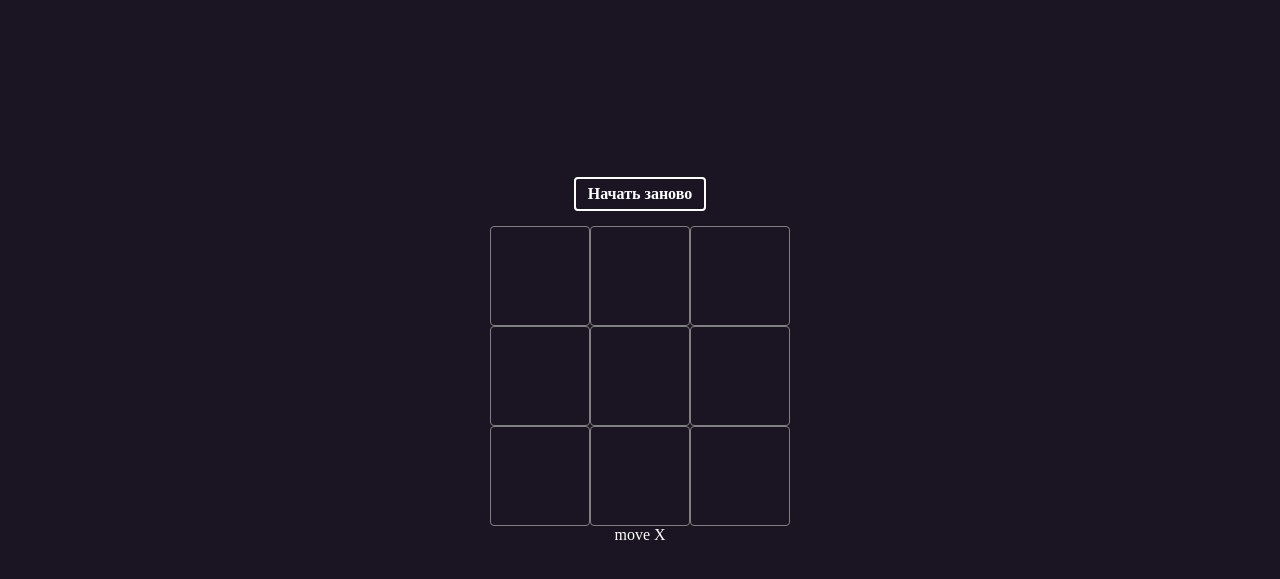
Repository: Minkeani/TIC-TAC_TOE
Page: /
These files come from the project's save history. The page is drawn as it stood at one moment and after the next save; the edit follows.
The browser window is 1280 px wide. The pictures show the whole page.
Some web fonts or font styles are not loaded; a fallback is used. The project was rebuilt for these pictures with package versions that can differ from the ones it lists, and the page was loaded fresh each time.

Above is the page before, as saved 2022-05-22 16:55:03.

After the next save:
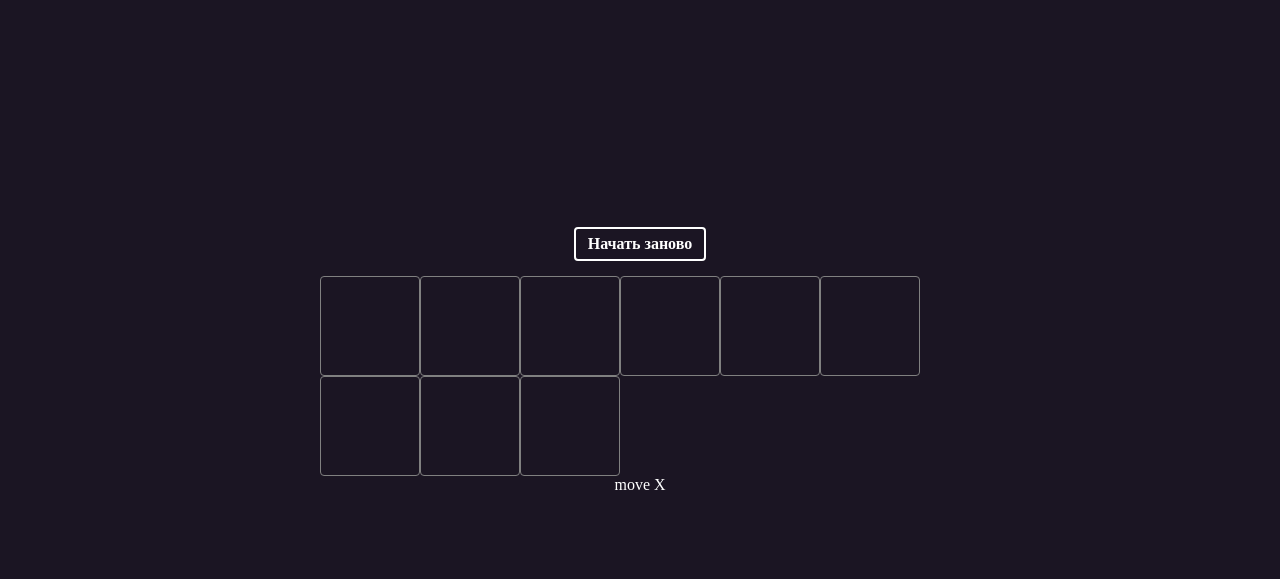
Saved 4 min 10 s later.
--- a/src/components/Board.css
+++ b/src/components/Board.css
@@ -1,6 +1,6 @@
 .board {
-    width: 300px;
-    height: 300px;
+    width: 50%;
+    height: 50%;
     /* background-color: red; */
     display: flex;
     flex-wrap: wrap

After the save that followed:
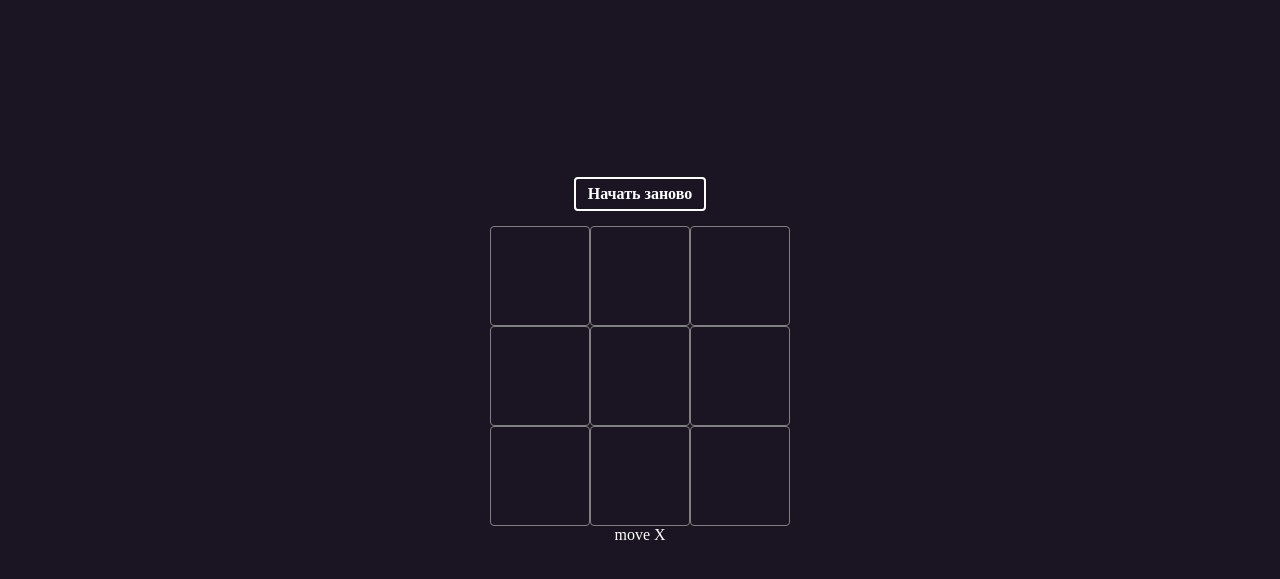
Saved 8 min 5 s later.
--- a/src/components/Board.css
+++ b/src/components/Board.css
@@ -1,6 +1,6 @@
 .board {
-    width: 50%;
-    height: 50%;
+    width: 300px;
+    height: 300px;
     /* background-color: red; */
     display: flex;
     flex-wrap: wrap
